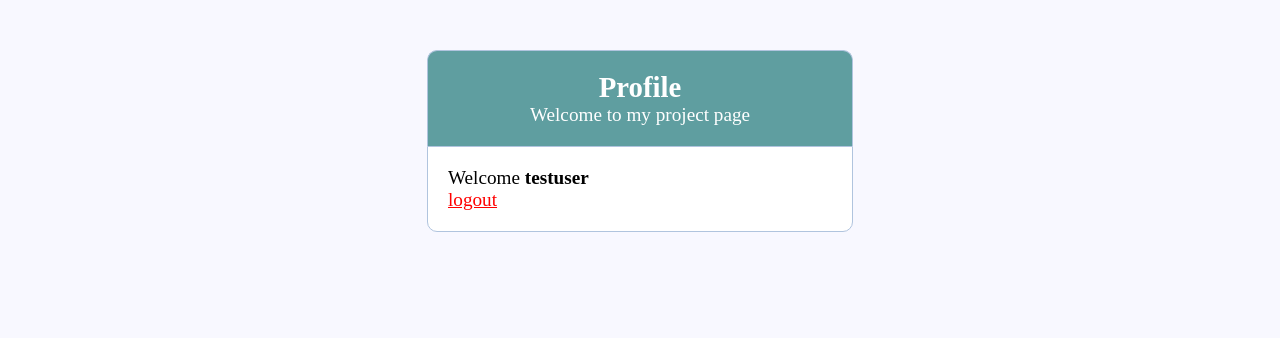
Repository: MrSyntax31/myPage
Page: http://localhost/
An editor plug-in stored every save of this project. The page is shown before and after the next save, followed by the edit.
The browser window is 1280 px wide. The pictures show the whole page.
The page is run by PHP 8.4 with error messages shown; the project is at /var/www/html/. The session is filled in as if someone had signed in: {"username": "testuser"}. Other server files are loaded and not shown.

Above is the page before, as saved 2022-03-03 12:07:46.

### index.php
<?php
  session_start();

  if (!isset($_SESSION['username'])) {
  	$_SESSION['msg'] = "You must log in first";
  	header('location: login.php');
  }
  if (isset($_GET['logout'])) {
  	session_destroy();
  	unset($_SESSION['username']);
  	header("location: login.php");
  }
?>
<!DOCTYPE html>
<html>
<head>
	<title>Home</title>
	<link rel="stylesheet" type="text/css" href="style.css">
</head>
<body>

<div class="header">
	<h2>Profile</h2>
	<p>Welcome to my project page	</p>
</div>
<div class="content">
  	<!-- notification message -->
  	<?php if (isset($_SESSION['success'])) : ?>
      <div class="error success" >
      	<h3>
          <?php
          	echo $_SESSION['success'];
          	unset($_SESSION['success']);
          ?>
      	</h3>
      </div>
  	<?php endif ?>

    <!-- logged in user information -->
    <?php  if (isset($_SESSION['username'])) : ?>
    	<p>Welcome <strong><?php echo $_SESSION['username']; ?></strong></p>
    	<p> <a href="index.php?logout='1'" style="color: red;">logout</a> </p>
    <?php endif ?>
</div>

</body>
</html>

### style.css
* {
  margin: 0px;
  padding: 0px;
}
body {
  font-size: 120%;
  background: #F8F8FF;
}

.header {
  width: 30%;
  margin: 50px auto 0px;
  color: white;
  background: #5F9EA0;
  text-align: center;
  border: 1px solid #B0C4DE;
  border-bottom: none;
  border-radius: 10px 10px 0px 0px;
  padding: 20px;
}
form, .content {
  width: 30%;
  margin: 0px auto;
  padding: 20px;
  border: 1px solid #B0C4DE;
  background: white;
  border-radius: 0px 0px 10px 10px;
}
.input-group {
  margin: 10px 0px 10px 0px;
}
.input-group label {
  display: block;
  text-align: left;
  margin: 3px;
}
.input-group input {
  height: 30px;
  width: 93%;
  padding: 5px 10px;
  font-size: 16px;
  border-radius: 5px;
  border: 1px solid gray;
}
.btn {
  padding: 10px;
  font-size: 15px;
  color: white;
  background: #5F9EA0;
  border: none;
  border-radius: 5px;
}
.error {
  width: 92%;
  margin: 0px auto;
  padding: 10px;
  border: 1px solid #a94442;
  color: #a94442;
  background: #f2dede;
  border-radius: 5px;
  text-align: left;
}
.success {
  color: #3c763d;
  background: #dff0d8;
  border: 1px solid #3c763d;
  margin-bottom: 20px;

After the next save:
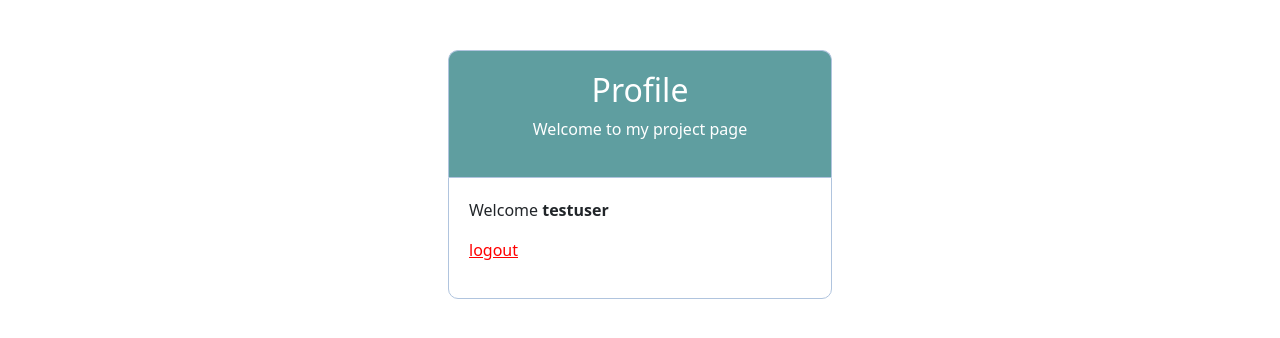
Saved 15 min 2 s later.
--- a/index.php
+++ b/index.php
@@ -16,6 +16,8 @@
 <head>
 	<title>Home</title>
 	<link rel="stylesheet" type="text/css" href="style.css">
+	<link href="https://cdn.jsdelivr.net/npm/bootstrap@5.0.2/dist/css/bootstrap.min.css" rel="stylesheet" integrity="sha384-EVSTQN3/azprG1Anm3QDgpJLIm9Nao0Yz1ztcQTwFspd3yD65VohhpuuCOmLASjC" crossorigin="anonymous">
+<script src="https://cdn.jsdelivr.net/npm/bootstrap@5.0.2/dist/js/bootstrap.bundle.min.js" integrity="sha384-MrcW6ZMFYlzcLA8Nl+NtUVF0sA7MsXsP1UyJoMp4YLEuNSfAP+JcXn/tWtIaxVXM" crossorigin="anonymous"></script>
 </head>
 <body>
 
